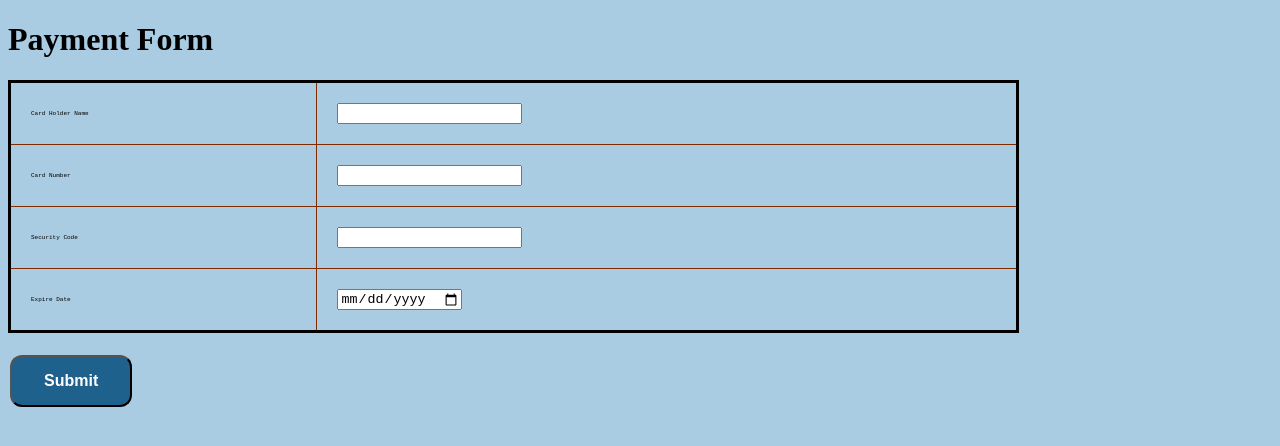
Repository: sandeepa9803/OOP---Online-Travel-web-application
Page: http://localhost/PaymentNew/paymentInfo.jsp
An editor plug-in stored every save of this project. The page is shown before and after the next save, followed by the edit.
The browser window is 1280 px wide. The pictures show the whole page.
The page is served by Tomcat 9.

Above is the page before, as saved 2021-10-11 18:00:46.

After the next save:
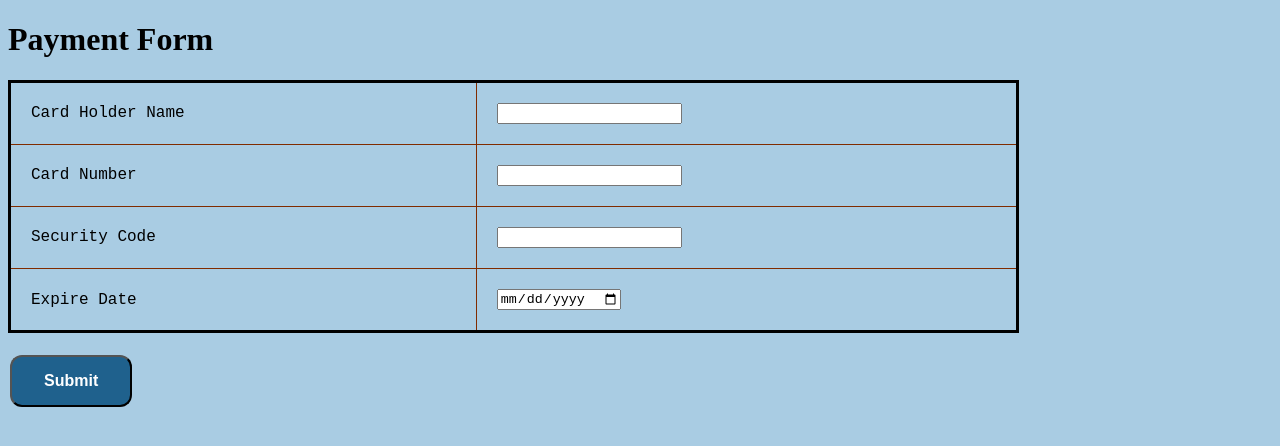
Saved 21 s later.
--- a/PaymentNew/WebContent/paymentInfo.jsp
+++ b/PaymentNew/WebContent/paymentInfo.jsp
@@ -49,7 +49,7 @@ background-color:#A9CCE3  }
 table{
    border:solid black ;
    font-family:"Courier New", Courier, monospace;
-    font-size:20%;
+    font-size:100%;
 }
 
 
